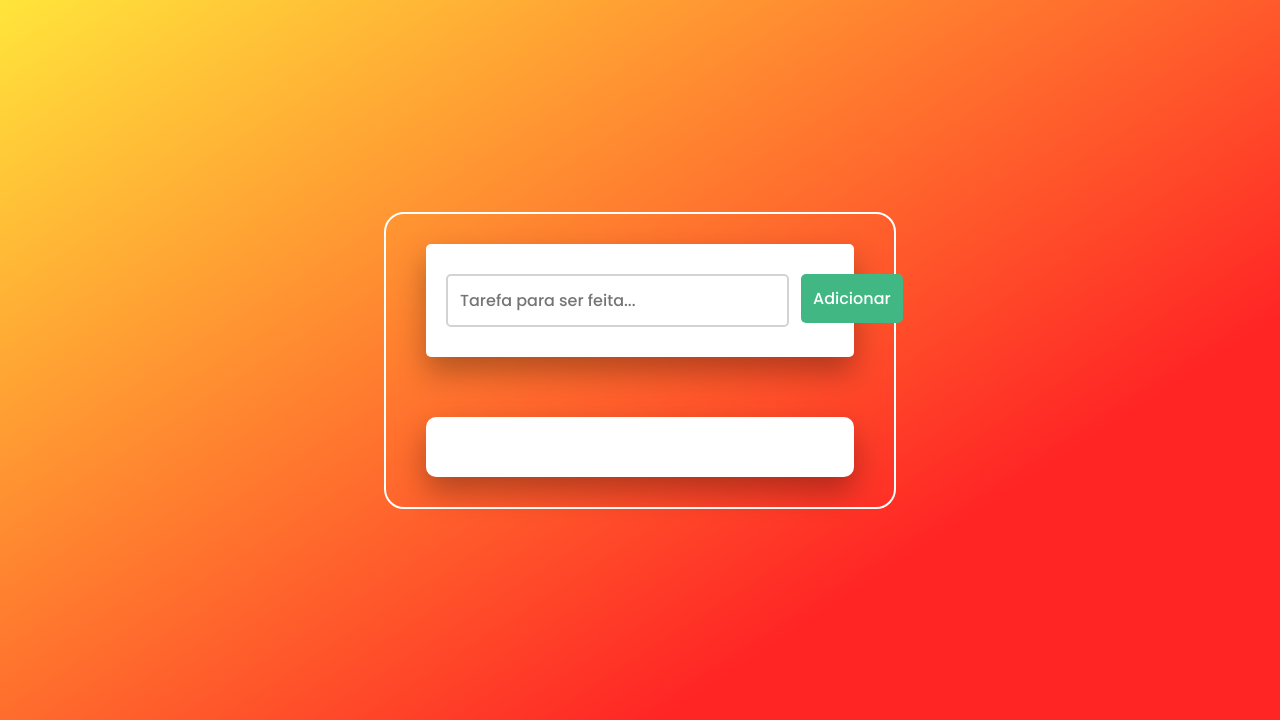
Repository: PetersonAntonyDev/python-flask-
Page: index.html
The author's editor kept a copy of each file at every save. The page is drawn from the files as they stood at one save, then again after the next save.
The browser window is 1280 px wide. The pictures show the whole page.
Some web libraries are served in a nearby version.

Above is the page before, as saved 2022-07-26 13:50:34.

### index.html
<!DOCTYPE html>
<html lang="en">

<head>
    <meta charset="UTF-8" />
    <meta http-equiv="X-UA-Compatible" content="IE=edge" />
    <meta name="viewport" content="width=device-width, initial-scale=1.0" />
    <title>EM PROGRESSO - Lista de Tarefas</title>
    <link rel="preconnect" href="https://fonts.googleapis.com" />
    <link rel="preconnect" href="https://fonts.gstatic.com" crossorigin />
    <link href="https://fonts.googleapis.com/css2?family=Poppins:wght@400;500;700&display=swap" rel="stylesheet" />
    <link rel="stylesheet" href="/style.css" />
</head>

<body>
    <div class="container">
        <div class="new-task-container">
            <input type="text" class="new-task-input" placeholder="Tarefa para ser feita..." />

            <button class="new-task-button">Adicionar</button>
        </div>

        <div class="tasks-container"></div>
    </div>

    <script src="https://kit.fontawesome.com/f9e19193d6.js" crossorigin="anonymous"></script>
    <script src="/script.js"></script>
</body>

</html>

### style.css
* {
    margin: 0;
    padding: 0;
    box-sizing: border-box;
    font-family: "Poppins", sans-serif;
  }

  body {
    height: 100vh;
    background-color: #FFE53B;
    background-image: linear-gradient(147deg, #FFE53B 0%, #FF2525 74%);
    display: flex;
    align-items: center;
    justify-content: center;
  }

  .container {
    border-radius: 20px;
    border: 2px solid #fff;
    padding: 30px 40px;
    width: 40%;
    min-width: 500px;
  }

  .new-task-container {
    background-color: #fff;
    padding: 30px 20px;
    border-radius: 5px;
    box-shadow: 0 15px 30px rgba(0, 0, 0, 0.3);
    display: flex;
  }

  .new-task-container input {
    flex: 3;
    font-size: 1rem;
    border: 2px solid #d1d3d4;
    border-radius: 5px;
    padding: 12px;
    font-weight: 500;
  }

  .new-task-container input:focus {
    outline: none;
    border-color: #FFE53B;
  }

  .new-task-button {
    flex: 1;
    border-radius: 5px;
    font-weight: 500;
    height: 100%;
    font-size: 1rem;
    border: none;
    background-color: #41b883;
    color: #fff;
    padding: 12px;
    margin-left: 12px;
    cursor: pointer;
  }

  .tasks-container {
    background-color: #fff;
    padding: 30px 20px;
    margin-top: 60px;
    border-radius: 10px;
    box-shadow: 0 15px 30px rgba(0, 0, 0, 0.3);
    width: 100%;
  }

  .task-item {
    display: flex;
    justify-content: space-between;
    align-items: center;
    margin-bottom: 6px;
    margin-top: 6px;
  }

  .task-item i {
    background-color: #41b883;
    color: #fff;
    padding: 12px;
    border-radius: 5px;
  }

  .task-item i:hover {
    cursor: pointer;
  }

  /* Utilities */
  .error {
    border: 2px solid red !important;
  }

  .error::placeholder {
    color: red;
  }

  .completed {
    text-decoration: line-through;
  }

### script.js
const inputElement = document.querySelector(".new-task-input");
const addTaskButton = document.querySelector(".new-task-button");

const tasksContainer = document.querySelector(".tasks-container");

const validateInput = () => inputElement.value.trim().length > 0;

const handleAddTask = () => {
    const inputIsValid = validateInput();

    console.log(inputIsValid);

    if (!inputIsValid) {
        return inputElement.classList.add("error");
    }

    const taskItemContainer = document.createElement("div");
    taskItemContainer.classList.add("task-item");

    const taskContent = document.createElement("p");
    taskContent.innerText = inputElement.value;

    taskContent.addEventListener("click", () => handleClick(taskContent));

    const deleteItem = document.createElement("i");
    deleteItem.classList.add("far");
    deleteItem.classList.add("fa-trash-alt");

    deleteItem.addEventListener("click", () =>
        handleDeleteClick(taskItemContainer, taskContent)
    );

    taskItemContainer.appendChild(taskContent);
    taskItemContainer.appendChild(deleteItem);

    tasksContainer.appendChild(taskItemContainer);

    inputElement.value = "";

    updateLocalStorage();
};

const handleClick = (taskContent) => {
    const tasks = tasksContainer.childNodes;

    for (const task of tasks) {
        const currentTaskIsBeingClicked = task.firstChild.isSameNode(taskContent);

        if (currentTaskIsBeingClicked) {
            task.firstChild.classList.toggle("completed");
        }
    }

    updateLocalStorage();
};

const handleDeleteClick = (taskItemContainer, taskContent) => {
    const tasks = tasksContainer.childNodes;

    for (const task of tasks) {
        const currentTaskIsBeingClicked = task.firstChild.isSameNode(taskContent);

        if (currentTaskIsBeingClicked) {
            taskItemContainer.remove();
        }
    }

    updateLocalStorage();
};

const handleInputChange = () => {
    const inputIsValid = validateInput();

    if (inputIsValid) {
        return inputElement.classList.remove("error");
    }
};

const updateLocalStorage = () => {
    const tasks = tasksContainer.childNodes;

    const localStorageTasks = [...tasks].map((task) => {
        const content = task.firstChild;
        const isCompleted = content.classList.contains("completed");

        return { description: content.innerText, isCompleted };
    });

    localStorage.setItem("tasks", JSON.stringify(localStorageTasks));
};

const refreshTasksUsingLocalStorage = () => {
    const tasksFromLocalStorage = JSON.parse(localStorage.getItem("tasks"));

    if (!tasksFromLocalStorage) return;

    for (const task of tasksFromLocalStorage) {
        const taskItemContainer = document.createElement("div");
        taskItemContainer.classList.add("task-item");

        const taskContent = document.createElement("p");
        taskContent.innerText = task.description;

        if (task.isCompleted) {
            taskContent.classList.add("completed");
        }

        taskContent.addEventListener("click", () => handleClick(taskContent));

        const deleteItem = document.createElement("i");
        deleteItem.classList.add("far");
        deleteItem.classList.add("fa-trash-alt");

        deleteItem.addEventListener("click", () =>
            handleDeleteClick(taskItemContainer, taskContent)
        );

        taskItemContainer.appendChild(taskContent);
        taskItemContainer.appendChild(deleteItem);

        tasksContainer.appendChild(taskItemContainer);
    }
};

refreshTasksUsingLocalStorage();

addTaskButton.addEventListener("click", () => handleAddTask());

inputElement.addEventListener("change", () => handleInputChange());

After the next save:
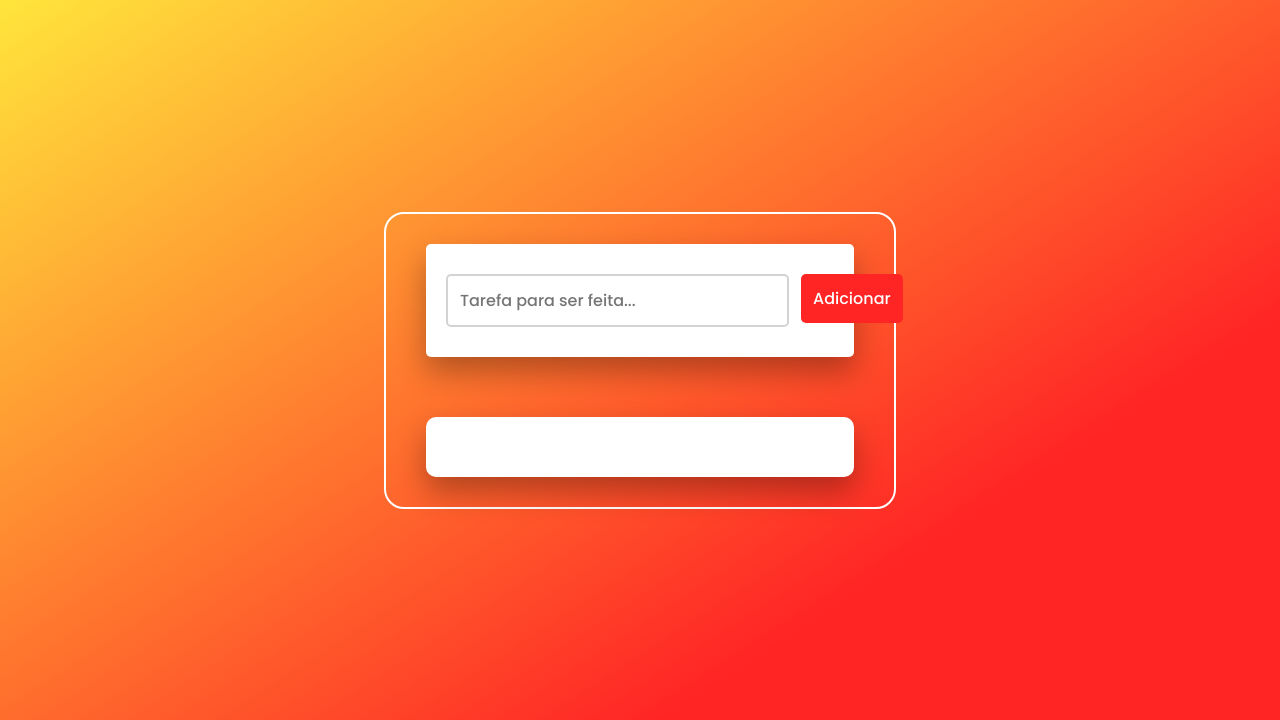
Saved 12 s later.
--- a/style.css
+++ b/style.css
@@ -51,7 +51,7 @@
     height: 100%;
     font-size: 1rem;
     border: none;
-    background-color: #41b883;
+    background-color: #FF2525;
     color: #fff;
     padding: 12px;
     margin-left: 12px;
